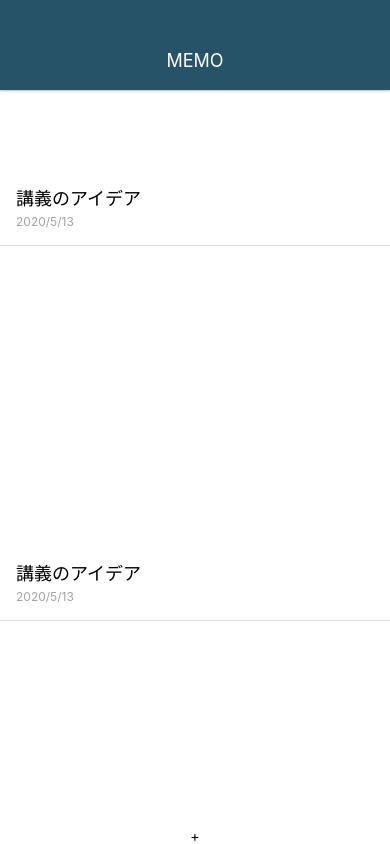
Repository: NagataRyuji0630/memo_app_for_reactNative
Page: /
These files come from the project's save history. The page is drawn as it stood at one moment and after the next save; the edit follows.
The browser window is 390 px wide. The pictures show the whole page.
The app was drawn by React Native's web renderer in a window 390 px wide. The project was rebuilt for these pictures with package versions that can differ from the ones it lists, and the page was loaded fresh each time.

Above is the page before, as saved 2020-05-14 08:00:52.

After the next save:
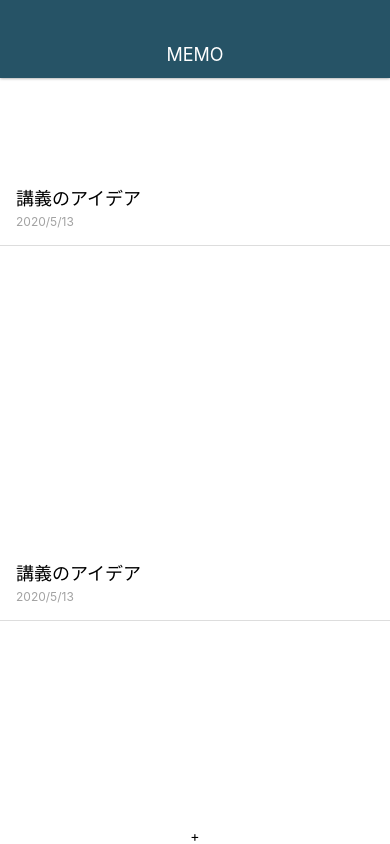
Saved 22 s later.
--- a/App.js
+++ b/App.js
@@ -46,7 +46,7 @@ const styles = StyleSheet.create({
     top: 0,
     left: 0,
     right: 0,
-    height: 90,
+    height: 78,
     paddingTop: 30,
     backgroundColor: '#265366',
     justifyContent: 'center',
